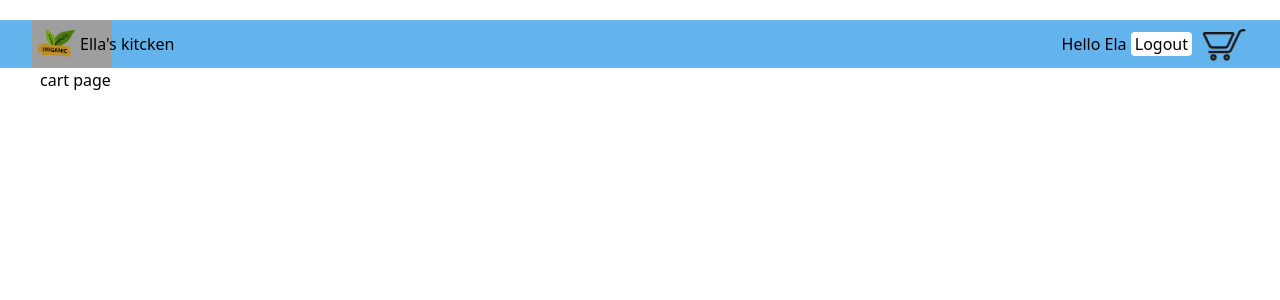
Repository: dgmihaela/eshop-counter
Page: / (app in eshop-counter/old/my-app/), after clicking the first element matching `button.bg-contain`
The author's editor kept a copy of each file at every save. The page is drawn from the files as they stood at one save, then again after the next save.
The browser window is 1280 px wide. The pictures show the whole page.
Pictures or frames that could not be fetched are drawn as grey boxes. The page's requests for data from a server got no answer. The project was rebuilt for these pictures with package versions that can differ from the ones it lists, and the page was loaded fresh each time. No one was signed in, and anything a server would have sent is missing. Also part of the build but not shown: eshop-counter/old/my-app/src/components/LeftSideCategory.js, eshop-counter/old/my-app/src/components/Product.js, eshop-counter/old/my-app/src/components/RightSideProducts.js, eshop-counter/old/my-app/src/components/Category.js.

Above is the page before, as saved 2021-01-06 16:54:33.

### eshop-counter/old/my-app/src/index.js
import React from 'react';
import ReactDOM from 'react-dom';
import './assets/main.css';
import App from './App';
import { Provider } from 'react-redux';
import store from './store';

ReactDOM.render(
  <React.StrictMode>
    <Provider store={store}>
      <App />
    </Provider>
  </React.StrictMode>,
  document.getElementById('root')
);

### eshop-counter/old/my-app/src/App.js
import React, { useState, useEffect } from 'react';
import Header from './components/Header';
import MainContainer from './components/MainContainer';
import {useSelector, useDispatch} from 'react-redux';
import {updateCartIsClicked, isClicked} from './slices/flagCartClickedSlice';
import CartContainer from './components/CartContainer';
import {selectProducts, getProducts} from './slices/productsSlice';


const App = () => {
  const [images, setImages] = useState([]);
  const [isLoading, setIsLoading] = useState(true);
  const [term, setTerm] = useState('');

  const cartFlagValue = useSelector((state) => state.flagCartClickedSlice.cartFlagValue);
  const {value} = useSelector((state) => state).flagIsClickedSlice;

  console.log(value)

  console.log('din app', cartFlagValue)


  return (
    <div className="container mx-auto  py-5">
      <Header />
    <div className='px-10'>
      {cartFlagValue ? <CartContainer /> : <MainContainer />}
    </div>
    </div>
  );
}

export default App;

### eshop-counter/old/my-app/src/store/index.js
import { configureStore } from '@reduxjs/toolkit';
// import counter from '../features/counter/counterSlice';
import categoriesSlice from '../slices/categoriesSlice';
import productsSlice from '../slices/productsSlice';
import flagIsClickedSlice from '../slices/flagIsClickedSlice';
import counterSlice from '../slices/counterSlice';
import flagCartClickedSlice from '../slices/flagCartClickedSlice';

export default configureStore({
    reducer: {
        categoriesSlice,
        productsSlice,
        flagIsClickedSlice,
        counterSlice,
        flagCartClickedSlice
    },
    devTools: window.__REDUX_DEVTOOLS_EXTENSION__ && window.__REDUX_DEVTOOLS_EXTENSION__()
});

### eshop-counter/old/my-app/src/components/Header.js
import React, { useState, useEffect} from 'react';
import logo from '../assets/images/organicLogo.png';
import cart from '../assets/images/cart.png';
import {useSelector, useDispatch} from 'react-redux';
import {updateCartIsClicked, isClicked} from '../slices/flagCartClickedSlice';

const Header = () => {

//const cartFlagValue = useSelector(isClicked);

const cartFlagValue = useSelector((state) => state.flagCartClickedSlice.cartFlagValue);

 const dispatch = useDispatch();

 const [isClickedFlag, setIsClickedFlag] = useState(cartFlagValue);

 useEffect(() => {
  if(isClickedFlag) {
      dispatch(updateCartIsClicked(isClickedFlag));
  } else {
    return
  }
}, [isClickedFlag])


    return(
      <div className='grid grid-cols-2 gap-50  h-12 justify-items-center bg-blue-400'>
          <div className="logo inline-block min-w-min w-36 flex justify-start h-12">
              <div className='logo-image w-20 h-12 ml-8'>
                <div className=' bg-contain w-20 h-12 bg-no-repeat' style={{backgroundImage: `url(${logo})`}} ></div>
              </div>
            <div className='w-36 h-12 my-3 -ml-8'>Ella's kitcken</div>
          </div>
          <div className="cart inline-block min-w-min w-36 flex justify-end h-12">
            <div className='text-right inline-block min-w-min w-36 h-12 py-3  -mr-10'>Hello Ela <button className='bg-white px-1 py-0.5 rounded'>Logout</button> </div>
            <div className='shopCart w-20 h-12 ml-12'>
                <button type='button' onClick={()=> setIsClickedFlag(true)} className='bg-contain w-12 h-12 bg-no-repeat inline-block' style={{backgroundImage: `url(${cart})`}}></button>
            </div>
          </div>
      </div>
    )
}

export default Header;

### eshop-counter/old/my-app/src/components/MainContainer.js

import LeftSideCategory from './LeftSideCategory';
import RightSideProducts from './RightSideProducts';
import Sorter from './Sorter';
import axios from "axios";
import React, {useEffect, useState} from 'react';
import {selectProducts, getProducts} from '../slices/productsSlice';
import {useSelector, useDispatch} from 'react-redux';
import {selectCategories, getCategories} from '../slices/categoriesSlice';
import Category from './Category';

const MainContainer = () => {


    const CategoriesSelect = useSelector(selectCategories);
    const dispatch = useDispatch();

    useEffect(() => {
        const fetchData = async() => {
            const result = await axios.get('http://localhost:9000/categories');

            dispatch(getCategories(result.data));
        }
        fetchData();
    }, [])

    let leftSideComponents = CategoriesSelect.map(categObject => <LeftSideCategory key={categObject.id} category={categObject} />);
    let rightSideComponents = CategoriesSelect.map(categObject => <RightSideProducts key={categObject.id} category={categObject} />);

    return(
        <div>
            <Sorter />
            <div className='flex box-border'>
                <div  className='leftSide w-1/4 '>
                    {leftSideComponents}
                </div>
                <div  className='righttSide border-pink-600 w-4/5 '>
                    {rightSideComponents}
                </div>
            </div>
        </div>

    )
}

export default MainContainer;

### eshop-counter/old/my-app/src/slices/flagCartClickedSlice.js
import {createSlice} from '@reduxjs/toolkit';

export const flagCartClickedSlice = createSlice({
    name: 'isCartClciked',
    initialState: {
        cartFlagValue: false
    },
    reducers: {
        updateCartIsClicked: (state, action) => {
            state.cartFlagValue = action.payload;
            console.log('din reducer',action.payload)
        }
    }
});

export const {updateCartIsClicked} = flagCartClickedSlice.actions;

export default flagCartClickedSlice.reducer;

export const isClicked = state => state.flagIsClickedSlice.cartFlagValue;

### eshop-counter/old/my-app/src/components/CartContainer.js
import React, {useState, useEffect} from 'react'
import {useSelector, useDispatch} from 'react-redux';


const CartContainer = () => {

    return(
        <div>
            cart page
        </div>
    )
}

export default CartContainer;

### eshop-counter/old/my-app/src/slices/productsSlice.js
import { createSlice } from '@reduxjs/toolkit';
import { counterSlice } from './counterSlice';

export const productsSlice = createSlice({
    name: 'productsCrud',
    initialState: {
        value: {

        }
    },
    reducers: {
        getProducts: (state, action) => {
           state.value[action.payload.id] = action.payload.products;
        },
        addProducts: (state, action) => {
            state.value[action.payload.id] = action.payload.product;
        },
        updateQuantity: (state, action) => {
            state.value[action.payload.id] = action.payload;
        },
        updatePrice: (state, action) => {
            console.log(action.payload)
        }
    }
});

export const {getProducts, addProducts, updateQuantity} = productsSlice.actions;

export const selectProducts = state => state.productsSlice.value;

export default productsSlice.reducer;

### eshop-counter/old/my-app/src/slices/categoriesSlice.js
import { createSlice } from '@reduxjs/toolkit';

export const categoriesSlice = createSlice({
    name : 'categoriesCrud',
    initialState : {
        value : []
    },
    reducers: {
        addCategory : (state, action) => {
            state = state.value.push(action.payload);
        },
        getCategories : (state, action) => {
            state.value = action.payload;
        },
        deleteCategories: (state, action) => {

        }
    }
});

export const { getCategories} = categoriesSlice.actions;

export const selectCategories = state => state.categoriesSlice.value;

export default categoriesSlice.reducer;

### eshop-counter/old/my-app/src/slices/flagIsClickedSlice.js
import { createSlice } from '@reduxjs/toolkit';
import LeftSideCategory from '../components/LeftSideCategory';

export const flagIsClickedSlice = createSlice({
    name: 'isClikedFlag',
    initialState: {
        value: {
            flag: false,
            id: null
        }
    },
    reducers: {
        updateFlagIsClicked: (state, action) => {
           state.value = action.payload;
        },
    }
});

export const {updateFlagIsClicked} = flagIsClickedSlice.actions;

export default flagIsClickedSlice.reducer;

### eshop-counter/old/my-app/src/slices/counterSlice.js
import { createSlice } from '@reduxjs/toolkit';

export const counterSlice = createSlice({
    name: 'productWithQuantity',
    initialState: {
       productWithQuantity:{

       }
    },
      reducers: {
         setQuantity: (state, action) => {
           state.productWithQuantity[action.payload.productId] = action.payload.quantity;
         }
      }
});

export const {setQuantity, decrement} = counterSlice.actions;

export default counterSlice.reducer;

### eshop-counter/old/my-app/src/components/Sorter.js
import React from 'react';

const Sorter = () => {
    return(
        <div  className='sorter w-full flex  justify-center mb-12'>
            <div className=''>
            Sort by
            <select>
                <option>Name</option>
            </select>
            </div>

        </div>
    )
}

export default Sorter;

Loaded but not shown: eshop-counter/old/my-app/public/index.html (common file); eshop-counter/old/my-app/src/assets/main.css (library)

After the next save:
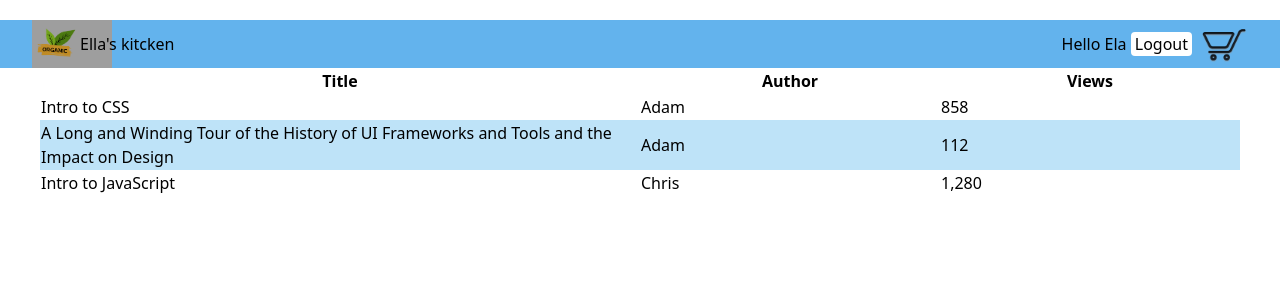
Saved 2 min 46 s later.
--- a/eshop-counter/old/my-app/src/components/CartContainer.js
+++ b/eshop-counter/old/my-app/src/components/CartContainer.js
@@ -6,7 +6,32 @@
 
     return(
         <div>
-            cart page
+            <table class="table-fixed">
+  <thead>
+    <tr>
+      <th class="w-1/2 ...">Title</th>
+      <th class="w-1/4 ...">Author</th>
+      <th class="w-1/4 ...">Views</th>
+    </tr>
+  </thead>
+  <tbody>
+    <tr>
+      <td>Intro to CSS</td>
+      <td>Adam</td>
+      <td>858</td>
+    </tr>
+    <tr class="bg-blue-200">
+      <td>A Long and Winding Tour of the History of UI Frameworks and Tools and the Impact on Design</td>
+      <td>Adam</td>
+      <td>112</td>
+    </tr>
+    <tr>
+      <td>Intro to JavaScript</td>
+      <td>Chris</td>
+      <td>1,280</td>
+    </tr>
+  </tbody>
+</table>
         </div>
     )
 }

After the 4 saves that followed:
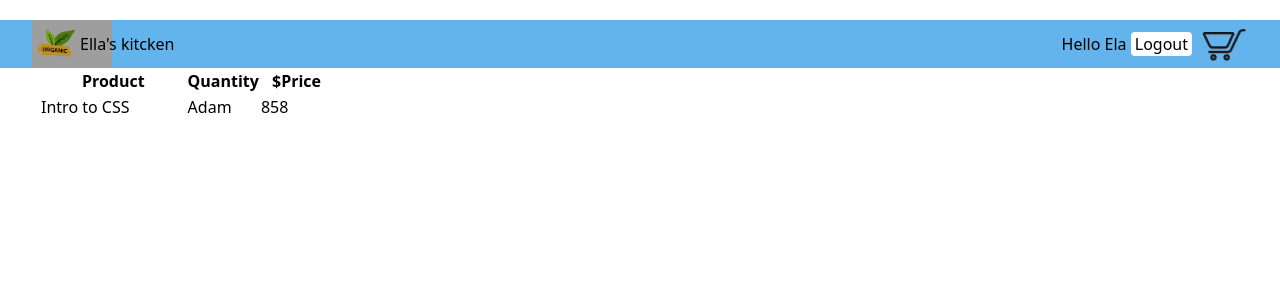
The 4 saves are shown as one change because 3 left the picture as it was.
The last was saved 4 min 5 s later.
--- a/eshop-counter/old/my-app/src/App.js
+++ b/eshop-counter/old/my-app/src/App.js
@@ -15,11 +15,6 @@ const App = () => {
   const cartFlagValue = useSelector((state) => state.flagCartClickedSlice.cartFlagValue);
   const {value} = useSelector((state) => state).flagIsClickedSlice;
 
-  console.log(value)
-
-  console.log('din app', cartFlagValue)
-
-
   return (
     <div className="container mx-auto  py-5">
       <Header />
--- a/eshop-counter/old/my-app/src/components/CartContainer.js
+++ b/eshop-counter/old/my-app/src/components/CartContainer.js
@@ -4,34 +4,26 @@
 
 const CartContainer = () => {
 
+
+
     return(
         <div>
-            <table class="table-fixed">
-  <thead>
-    <tr>
-      <th class="w-1/2 ...">Title</th>
-      <th class="w-1/4 ...">Author</th>
-      <th class="w-1/4 ...">Views</th>
-    </tr>
-  </thead>
-  <tbody>
-    <tr>
-      <td>Intro to CSS</td>
-      <td>Adam</td>
-      <td>858</td>
-    </tr>
-    <tr class="bg-blue-200">
-      <td>A Long and Winding Tour of the History of UI Frameworks and Tools and the Impact on Design</td>
-      <td>Adam</td>
-      <td>112</td>
-    </tr>
-    <tr>
-      <td>Intro to JavaScript</td>
-      <td>Chris</td>
-      <td>1,280</td>
-    </tr>
-  </tbody>
-</table>
+            <table className="table-fixed">
+                <thead>
+                    <tr>
+                    <th className="w-1/2 ...">Product</th>
+                    <th className="w-1/4 ...">Quantity</th>
+                    <th className="w-1/4 ...">&#36;Price</th>
+                    </tr>
+                </thead>
+                <tbody>
+                    <tr>
+                        <td>Intro to CSS</td>
+                        <td>Adam</td>
+                        <td>858</td>
+                    </tr>
+                </tbody>
+                </table>
         </div>
     )
 }
